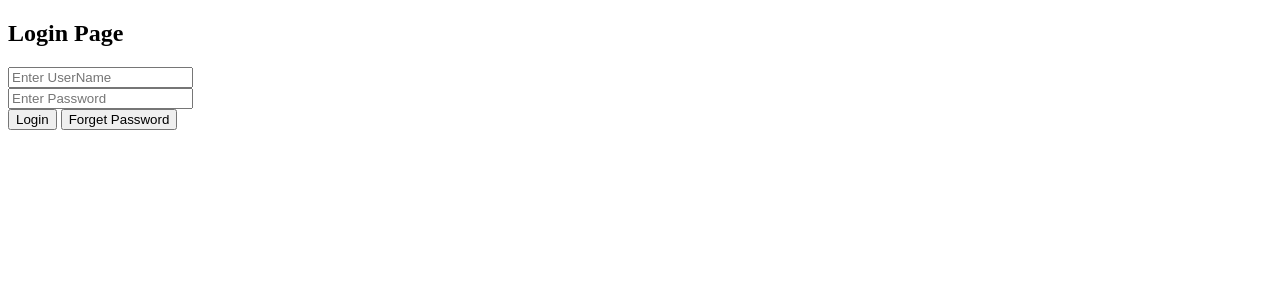
Repository: GuptaReena/Java-Spring
Page: LoginMVCWebProject/src/main/webapp/Login.html
These files come from the project's save history. The page is drawn as it stood at one moment and after the next save; the edit follows.
The browser window is 1280 px wide. The pictures show the whole page.

Above is the page before, as saved 2024-07-12 11:01:15.

### LoginMVCWebProject/src/main/webapp/Login.html
<!DOCTYPE html>
<html>
<head>
<meta charset="UTF-8">
<title>Login</title>
</head>
<body>

	<form action="LoginServlet" method="get">

		<div>
			<h2>Login Page</h2>
		</div>

		<div>
			<input type="text" name="user" placeholder="Enter UserName">
		</div>
		<div>
			<input type="password" name="pass" placeholder="Enter Password">
		</div>

		<div>
			<button value = "login"> Login</button>
			<button value = "reset"> Forget Password</button>
		</div>

	</form>

</body>
</html>

After the next save:
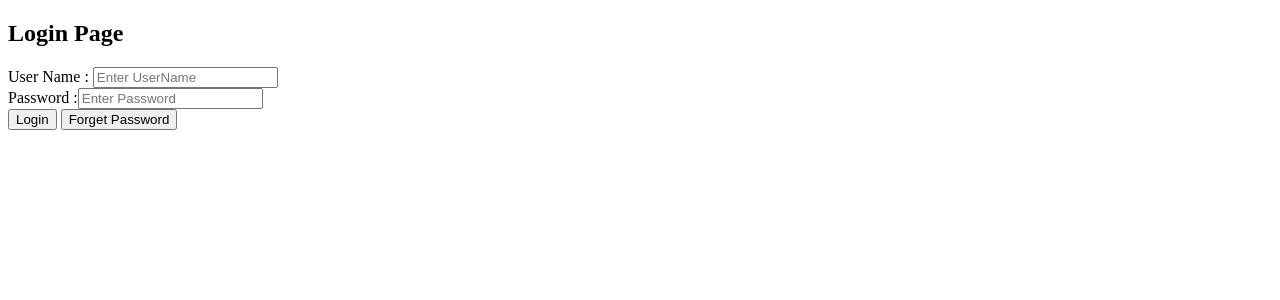
Saved 48 s later.
--- a/LoginMVCWebProject/src/main/webapp/Login.html
+++ b/LoginMVCWebProject/src/main/webapp/Login.html
@@ -13,10 +13,10 @@
 		</div>
 
 		<div>
-			<input type="text" name="user" placeholder="Enter UserName">
+			User Name : <input type="text" name="user" placeholder="Enter UserName">
 		</div>
 		<div>
-			<input type="password" name="pass" placeholder="Enter Password">
+			Password :<input type="password" name="pass" placeholder="Enter Password">
 		</div>
 
 		<div>
